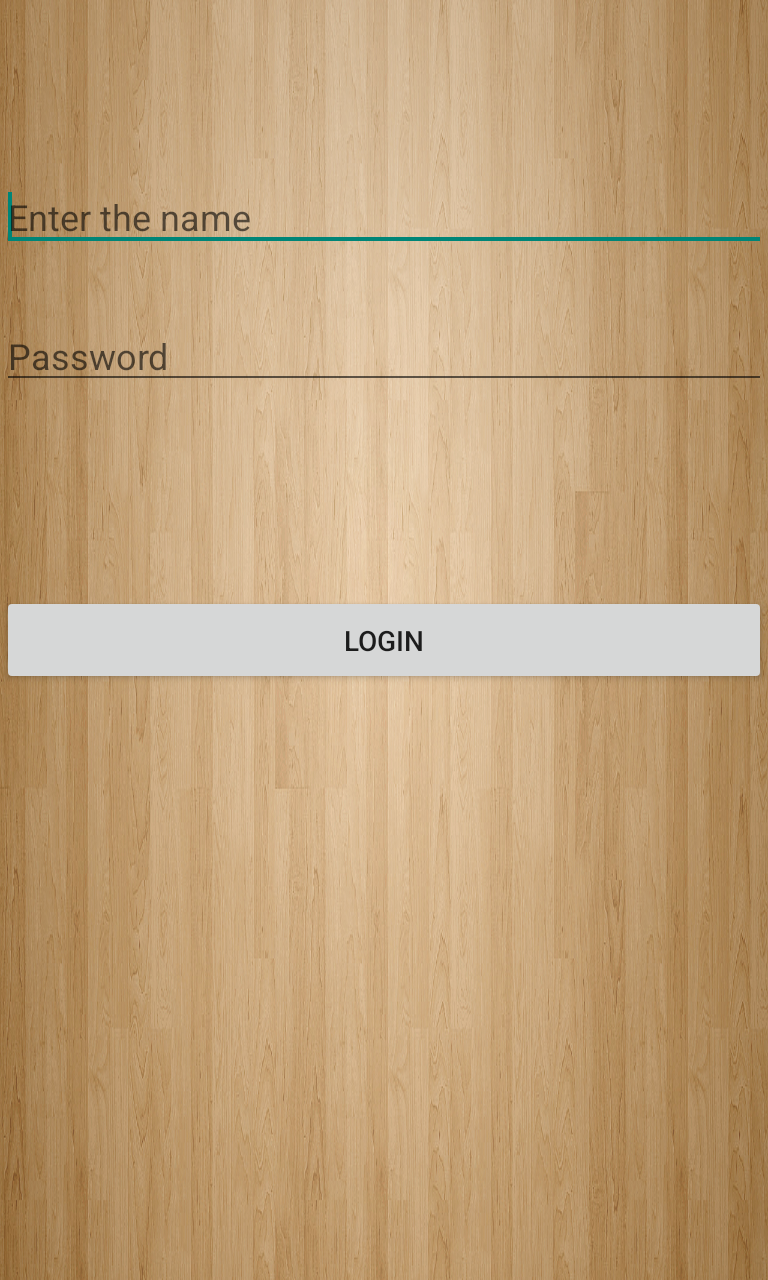
Repository: vipinvkamara/SampleProgram
Layout: SharedPreferance/res/layout/registration.xml
The author's editor kept a copy of each file at every save. The layout is drawn from the files as they stood at one save, then again after the next save.
It is drawn on a 768 x 1280 px phone screen (xhdpi) without system bars, with theme AppTheme; the app's code is not run.

Above is the layout before, as saved 2015-01-02 05:54:35.

### SharedPreferance/res/layout/registration.xml
<RelativeLayout xmlns:android="http://schemas.android.com/apk/res/android"
    xmlns:tools="http://schemas.android.com/tools"
    android:layout_width="match_parent"
    android:layout_height="match_parent"
    android:background="@drawable/wood"
    tools:context="com.example.sharedpreferance.MainActivity" >

    <EditText
        android:id="@+id/editText1"
        android:layout_width="match_parent"
        android:layout_height="wrap_content"
        android:layout_alignParentLeft="true"
        android:layout_alignParentTop="true"
        android:layout_marginTop="86dp"
        android:ems="10"
        android:hint="Enter the name" >

        <requestFocus />
    </EditText>

    <EditText
        android:id="@+id/editText2"
        android:layout_width="match_parent"
        android:layout_height="wrap_content"
        android:layout_below="@+id/editText1"
        android:layout_centerHorizontal="true"
        android:layout_marginTop="28dp"
        android:ems="10"
        android:hint="Password"
        android:inputType="textPassword" />

    <Button
        android:id="@+id/button1"
        android:layout_width="match_parent"
        android:layout_height="wrap_content"
        android:layout_alignLeft="@+id/editText2"
        android:layout_centerVertical="true"
        android:text="Login" />

</RelativeLayout>

Loaded but not shown: SharedPreferance/res/values/styles.xml (common file); SharedPreferance/res/values-v11/styles.xml (common file); SharedPreferance/res/values-v14/styles.xml (common file)

After the next save:
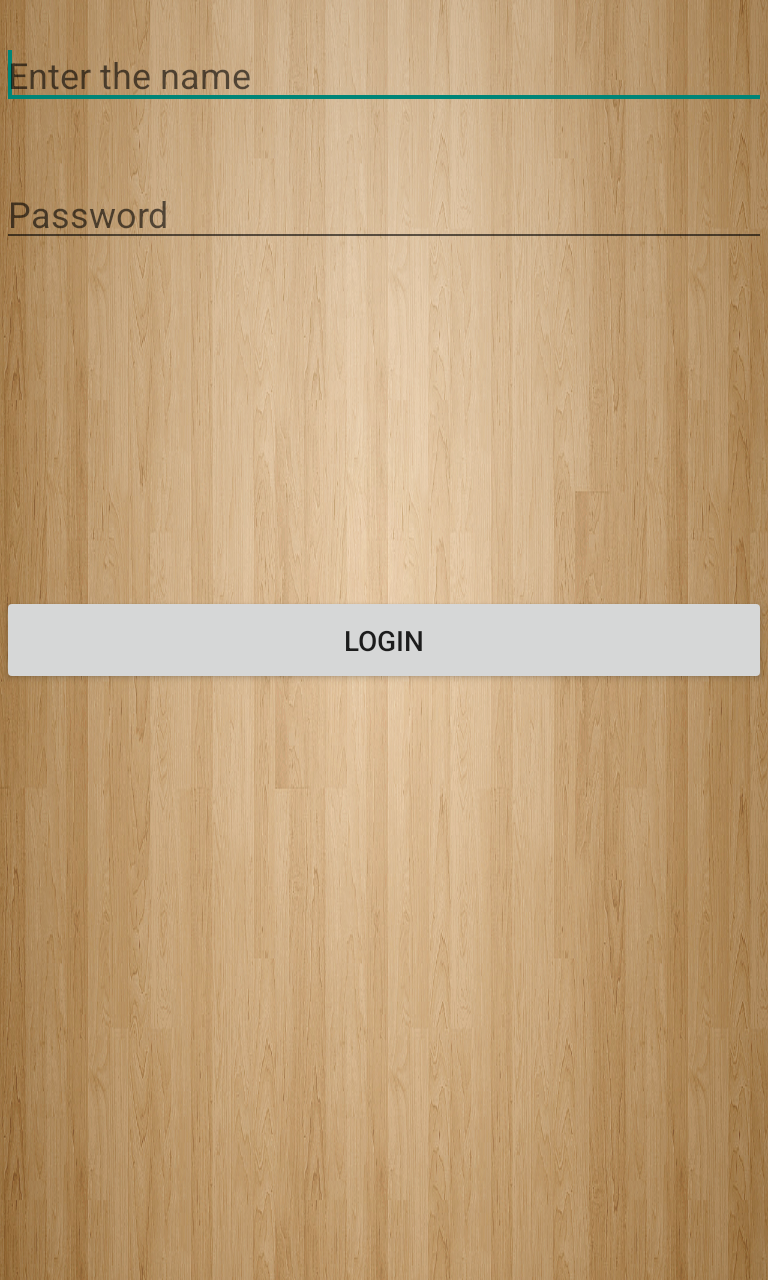
Saved 68 s later.
--- a/SharedPreferance/res/layout/registration.xml
+++ b/SharedPreferance/res/layout/registration.xml
@@ -11,7 +11,7 @@
         android:layout_height="wrap_content"
         android:layout_alignParentLeft="true"
         android:layout_alignParentTop="true"
-        android:layout_marginTop="86dp"
+        android:layout_marginTop="15dp"
         android:ems="10"
         android:hint="Enter the name" >
 
